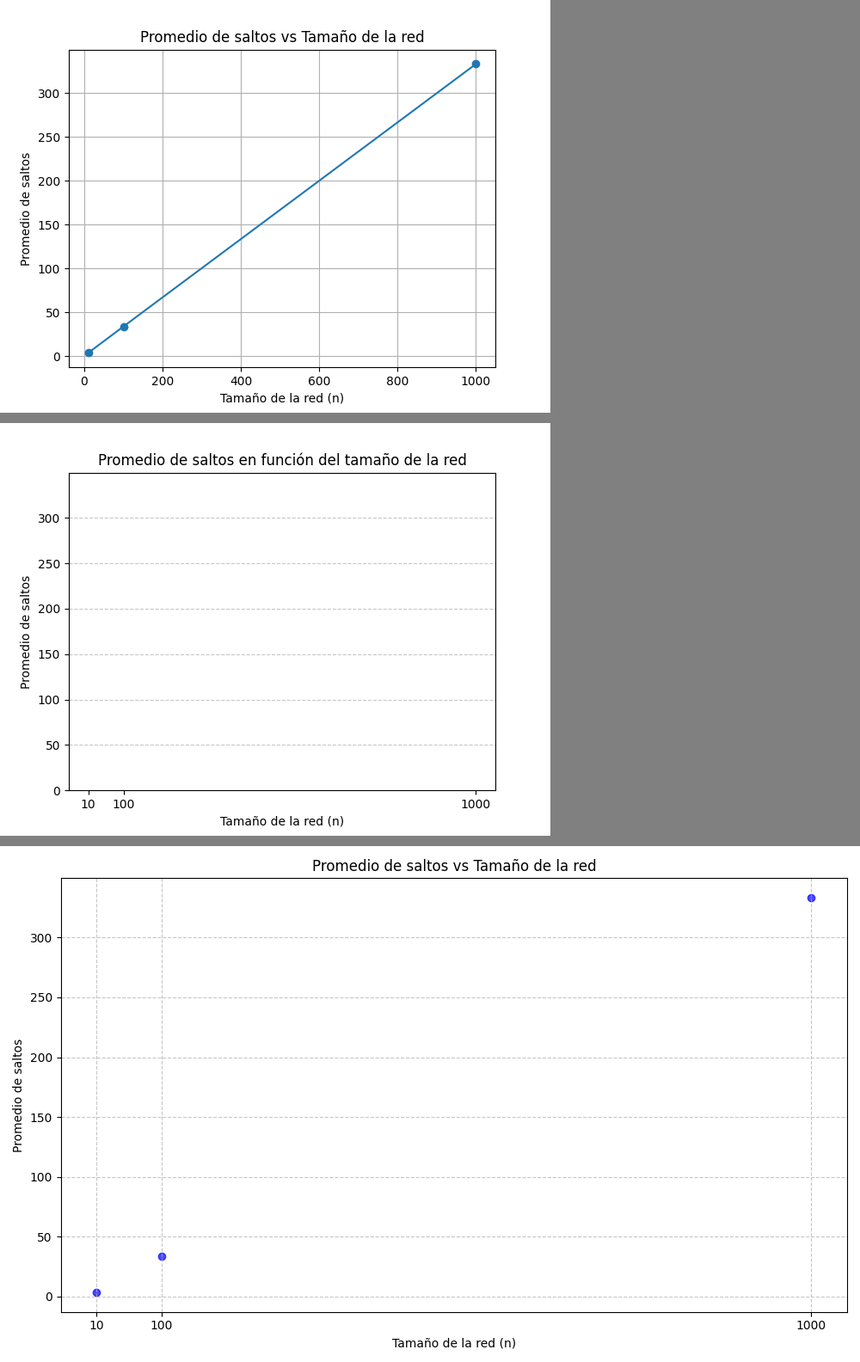
Repository: Carpinteron/TallerrRedes
Script's output: python SimulacionTaller.py
An editor plug-in stored every save of this project. The script's output is shown before and after the next save, followed by the edit.
The pictures are shown at 86% of full size.
Each picture stacks the figures in order, with grey between them; figures that are only written to a file come last. Random numbers start from a fixed seed.

Above is the script's output before, as saved 2025-02-11 08:35:14.

### SimulacionTaller.py
import random # importar librería random para la generación de valores aleatorios
from fractions import Fraction # importar librería Fraction para el manejo de fracciones
import matplotlib.pyplot as plt # importar librería matplotlib para la generación de gráficas

num_experimentos = 50000 # número de experimentos a realizar, recomendable mayor a 1000
def calcular_saltos_promedio(n, num_experimentos): # función para calcular el promedio de saltos promedio
    total_saltos = 0
    for _ in range(num_experimentos):
        # Seleccionar dos nodos diferentes A y B
        (A, B)= random.sample(range(n), 2) # se seleccionan dos nodos aleatorios diferentes

        # Calcular la distancia (número de saltos) entre A y B
        saltos = abs(A - B) # se calcula como el valor absoluto de la diferencia entre A y B

        # Sumar al total de saltos
        total_saltos += saltos

    # Calcular el promedio de saltos
    promedio_saltos = total_saltos / num_experimentos # obtener el promedio como número real
    prom_frac=Fraction(total_saltos, num_experimentos) # obtener el promedio en forma de fracción
    return promedio_saltos, prom_frac

# Tamaños de red a simular
tamanos_red = [10, 100, 1000] # 10 pequeño - 100 mediano - 1000 grande

# Listas para almacenar los resultados
promedios = []
tamanos = []

# Realizar la simulación para cada tamaño de red
for n in tamanos_red:
    promedio = calcular_saltos_promedio(n, num_experimentos)
    print(f"\nPara una red de {n} nodos, el promedio de saltos es: {promedio[0]} o {promedio[1]}")
    promedios.append(promedio[0])
    tamanos.append(n)

    #print(F"Promedio teórico: {(n+1)/3}")

# Grafica
# Graficar los resultados
#De linea
plt.plot(tamanos, promedios, marker='o')
plt.xlabel('Tamaño de la red (n)')
plt.ylabel('Promedio de saltos')
plt.title('Promedio de saltos vs Tamaño de la red')
plt.grid(True)
plt.show()

# De barras
# Crear gráfico de barras
plt.bar(tamanos, promedios, color='skyblue')

# Personalizar el gráfico
plt.title('Promedio de saltos en función del tamaño de la red')
plt.xlabel('Tamaño de la red (n)')
plt.ylabel('Promedio de saltos')
plt.xticks(tamanos)  # Mostrar todos los valores en el eje X
plt.grid(axis='y', linestyle='--', alpha=0.7)

# Mostrar el gráfico
plt.show()

# Graficar los resultados como dispersión
plt.figure(figsize=(10, 6)) # Ajustar el tamaño de la figura
plt.scatter(tamanos, promedios, color='b', alpha=0.7)
plt.xlabel('Tamaño de la red (n)')
plt.ylabel('Promedio de saltos')
plt.title('Promedio de saltos vs Tamaño de la red')
plt.xticks(tamanos) # Asegurarse de que todos los tamaños de red estén en el eje x
plt.grid(True, linestyle='--', alpha=0.7) # Mejorar la visualización de la cuadrícula
plt.tight_layout() # Ajustar el layout para que todo se vea bien
plt.show()

After the next save:
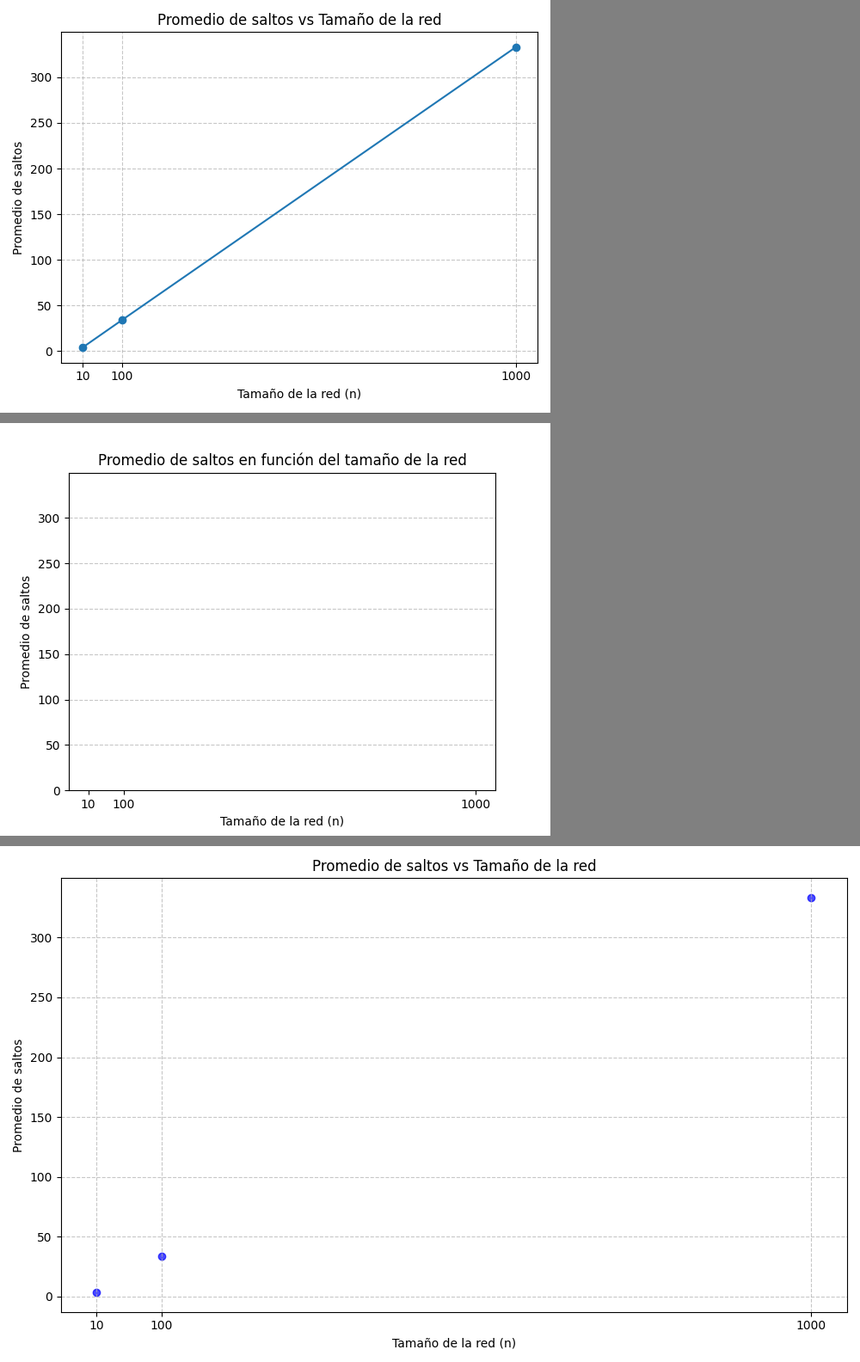
Saved 73 s later.
--- a/SimulacionTaller.py
+++ b/SimulacionTaller.py
@@ -43,7 +43,9 @@ plt.plot(tamanos, promedios, marker='o')
 plt.xlabel('Tamaño de la red (n)')
 plt.ylabel('Promedio de saltos')
 plt.title('Promedio de saltos vs Tamaño de la red')
-plt.grid(True)
+plt.xticks(tamanos) # Asegurarse de que todos los tamaños de red estén en el eje x
+plt.grid(True, linestyle='--', alpha=0.7) # Mejorar la visualización de la cuadrícula
+plt.tight_layout() # Ajustar el layout para que todo se vea bien
 plt.show()
 
 # De barras
